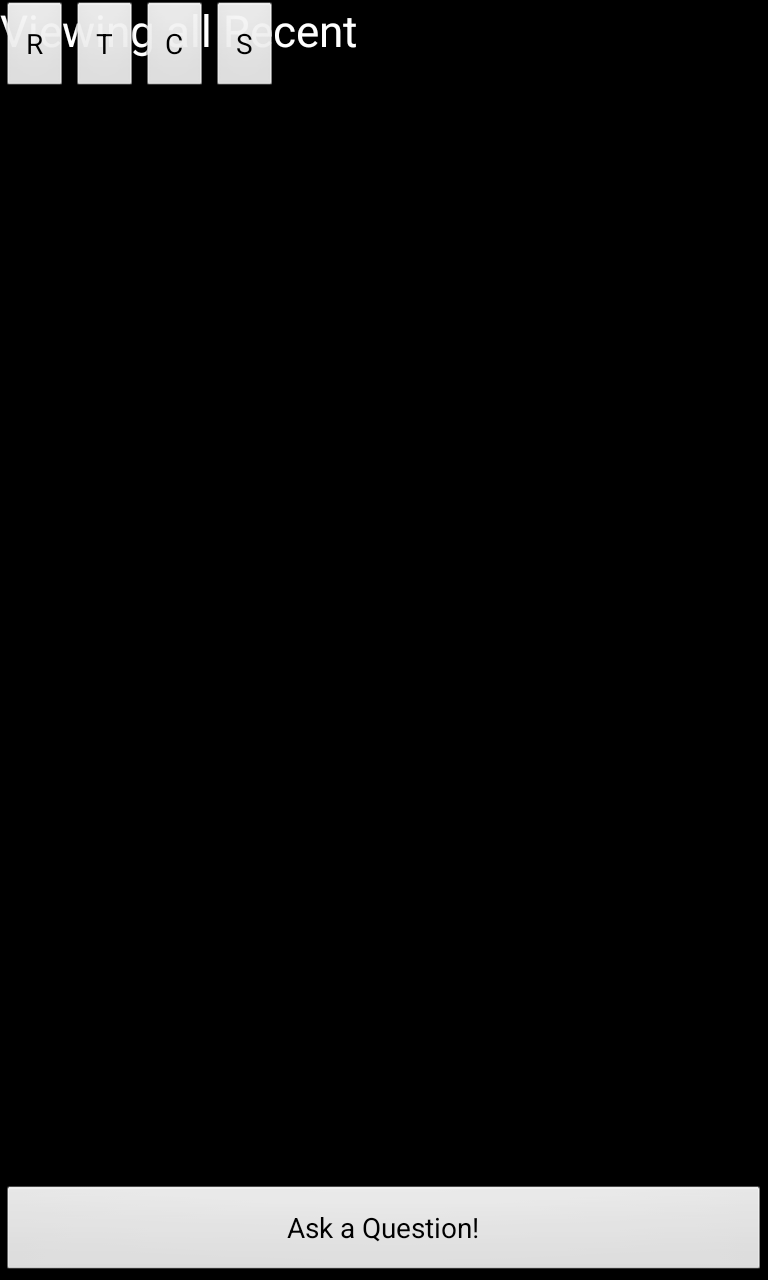
Repository: AustinCundiff/Questions-App
Layout: Q&AApp_Android/res/layout/activity_question_list.xml
An editor plug-in stored every save of this project. The layout is shown before and after the next save, followed by the edit.
It is drawn on a 768 x 1280 px phone screen (xhdpi) without system bars, with theme android:Theme; the app's code is not run. Lists and similar views that code fills are empty.

Above is the layout before, as saved 2014-12-31 04:46:19.

### Q&AApp_Android/res/layout/activity_question_list.xml
<RelativeLayout xmlns:android="http://schemas.android.com/apk/res/android"
    xmlns:tools="http://schemas.android.com/tools"
    android:layout_width="match_parent"
    android:layout_height="match_parent"
    tools:context="${relativePackage}.${activityClass}" >

    <TextView
        android:id="@+id/text_viewingall"
        android:layout_width="wrap_content"
        android:layout_height="wrap_content"
        android:layout_alignParentLeft="true"
        android:layout_alignParentTop="true"
        android:text="Viewing all Recent"
        android:textAppearance="?android:attr/textAppearanceLarge" />

    <Button
        android:id="@+id/button1"
        android:layout_width="35dp"
        android:layout_height="wrap_content"
        android:layout_alignParentTop="true"
        android:layout_toRightOf="@+id/textView1"
        android:text="R" />

    <Button
        android:id="@+id/button2"
        android:layout_width="35dp"
        android:layout_height="wrap_content"
        android:layout_alignParentTop="true"
        android:layout_toRightOf="@+id/button1"
        android:text="T" />

    <Button
        android:id="@+id/button3"
        android:layout_width="35dp"
        android:layout_height="wrap_content"
        android:layout_alignParentTop="true"
        android:layout_toRightOf="@+id/button2"
        android:text="C" />

    <Button
        android:id="@+id/button4"
        android:layout_width="35dp"
        android:layout_height="wrap_content"
        android:layout_toRightOf="@+id/button3"
        android:layout_alignParentTop="true"
        android:text="S" />

    <ListView
        android:id="@+id/listview"
        android:layout_width="match_parent"
        android:layout_height="wrap_content"
        android:layout_above="@+id/button5"
        android:layout_below="@id/button1" />

    <Button
        android:id="@+id/askButton"
        android:layout_width="match_parent"
        android:layout_height="wrap_content"
        android:layout_alignParentBottom="true"
        android:text="Ask a Question!" />
</RelativeLayout>

After the next save:
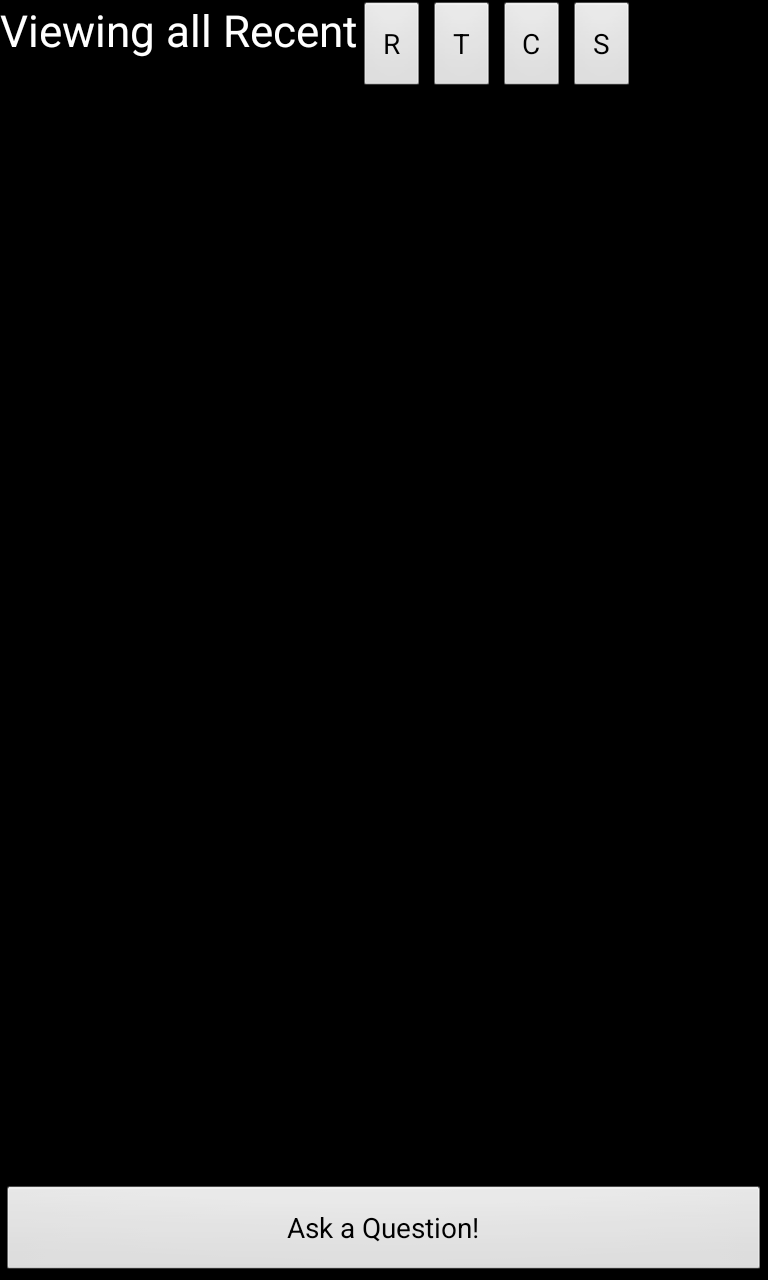
Saved 21 min 50 s later.
--- a/Q&AApp_Android/res/layout/activity_question_list.xml
+++ b/Q&AApp_Android/res/layout/activity_question_list.xml
@@ -18,7 +18,7 @@
         android:layout_width="35dp"
         android:layout_height="wrap_content"
         android:layout_alignParentTop="true"
-        android:layout_toRightOf="@+id/textView1"
+        android:layout_toRightOf="@+id/text_viewingall"
         android:text="R" />
 
     <Button
